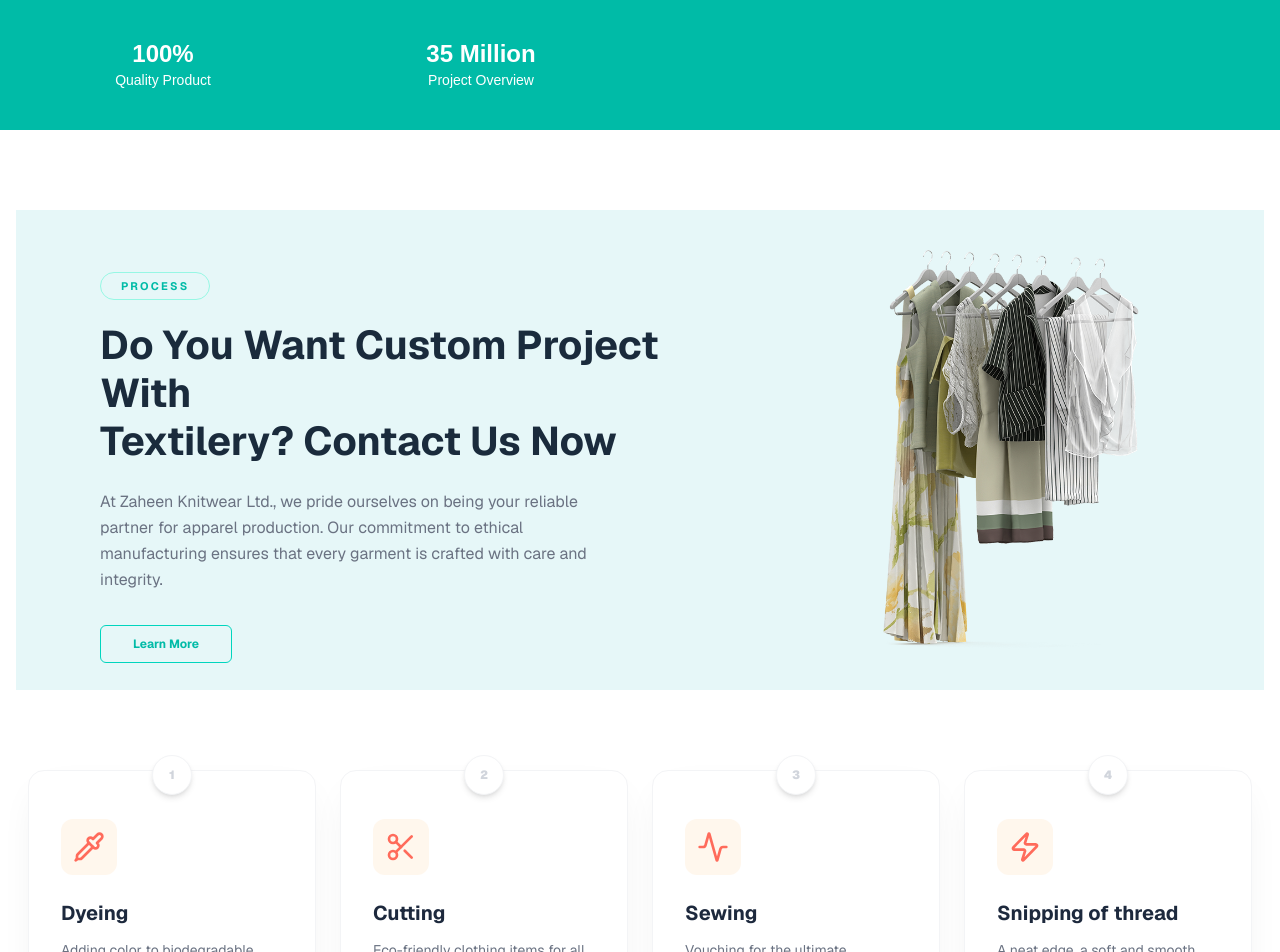
Repository: mdmuhibullahhabib/fullstack-assessment
Page: /
An editor plug-in stored every save of this project. The page is shown before and after the next save, followed by the edit.
The browser window is 1280 px wide. The pictures show the part of the page from y = 580 to 1532 px (the page is 3025 px tall before and 3051 px after).
The project was rebuilt for these pictures with package versions that can differ from the ones it lists, and the page was loaded fresh each time. The framework's server and built-in components were replaced by stand-ins that run in the browser. Also part of the build but not shown: next.config.mjs.

Above is the page before, as saved 2025-12-27 10:00:35.

After the next save:
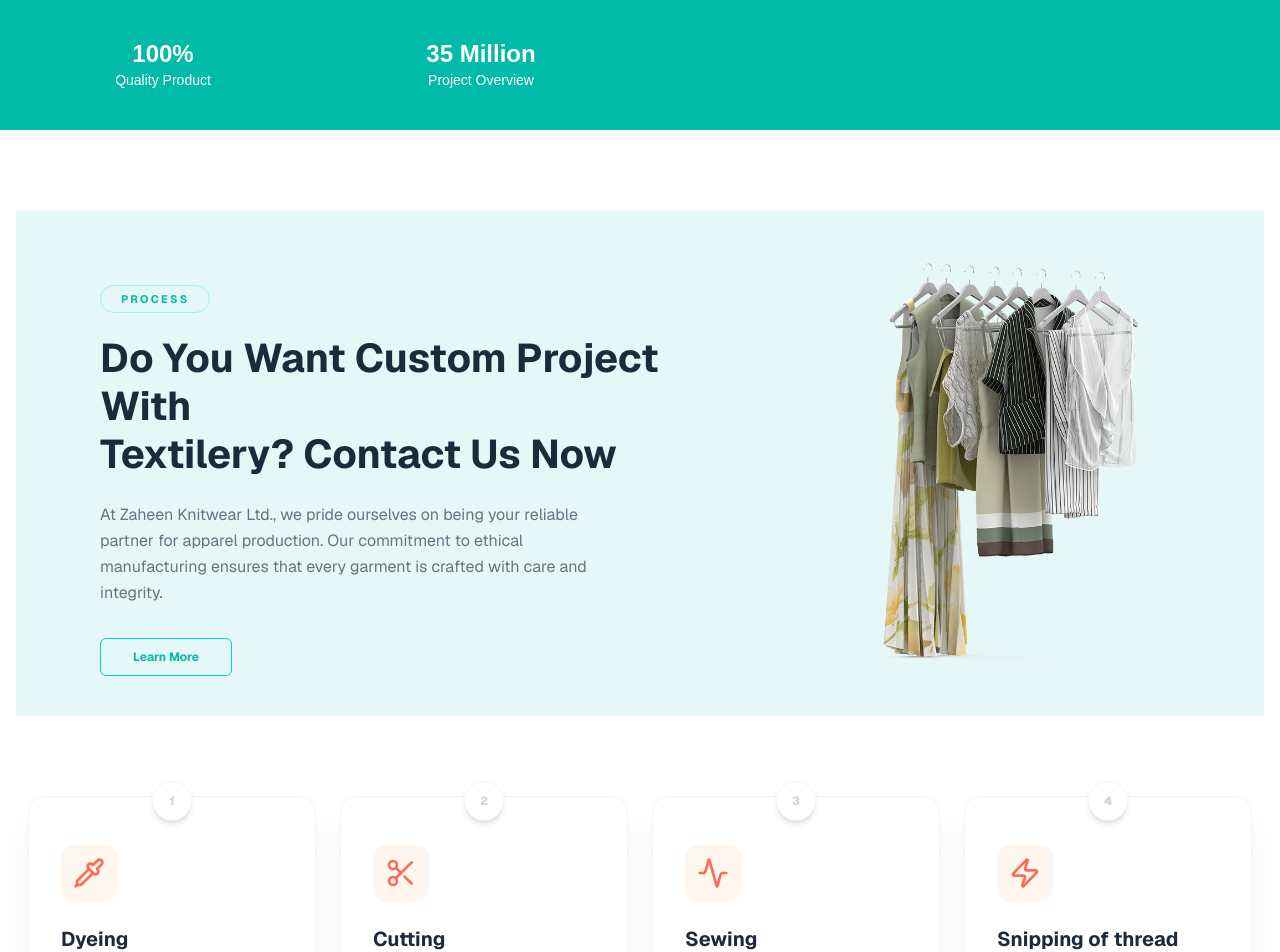
Saved 21 s later.
--- a/src/components/home/CustomProcess.jsx
+++ b/src/components/home/CustomProcess.jsx
@@ -24,7 +24,7 @@
 
                     {/* Left Content Box (White with bgImage and Torn Edge) */}
                     <div
-                        className="relative z-20 w-full md:w-[60%] p-10 mt-9 md:pl-5 md:p-6 flex flex-col justify-center items-start "
+                        className="relative z-20 w-full md:w-[60%] p-10 mt-9 md:pl-5 md:p-10 flex flex-col justify-center items-start "
                         style={{
                             backgroundImage: `url(${bgImage})`,
                             backgroundSize: "cover",
